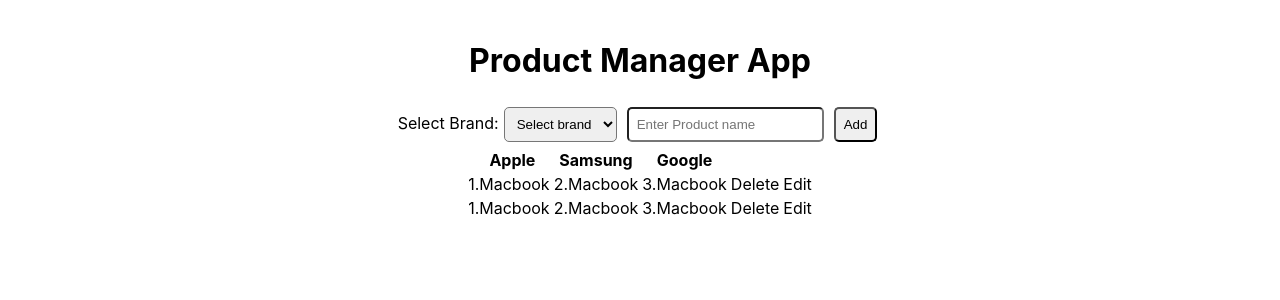
Repository: sunilkc-7/product-manager-app
Page: /
These files come from the project's save history. The page is drawn as it stood at one moment and after the next save; the edit follows.
The browser window is 1280 px wide. The pictures show the whole page.
The project was rebuilt for these pictures with package versions that can differ from the ones it lists, and the page was loaded fresh each time.

Above is the page before, as saved 2023-07-31 19:24:17.

After the next save:
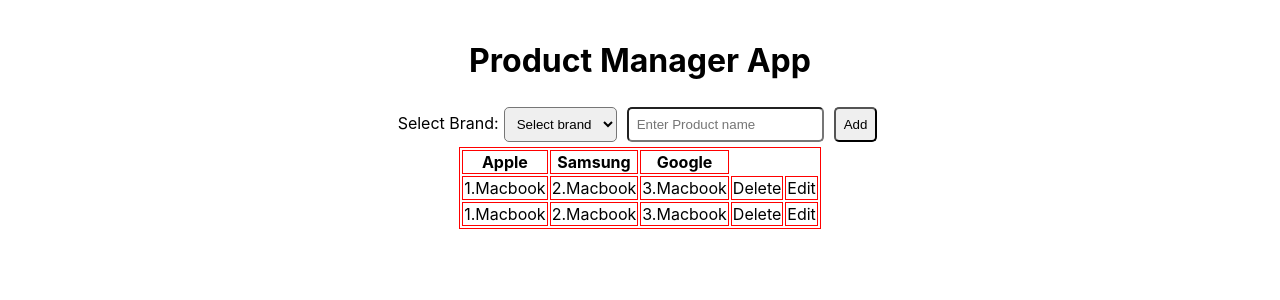
Saved 2 min 5 s later.
--- a/src/App.css
+++ b/src/App.css
@@ -25,12 +25,8 @@
   cursor: pointer;
 }
 
-table {
-  thead {
-    tr {
-      th:first-child {
-        padding-left: 8px;
-      }
-    }
-  }
+table,
+th,
+td {
+  border: 1px solid red;
 }
